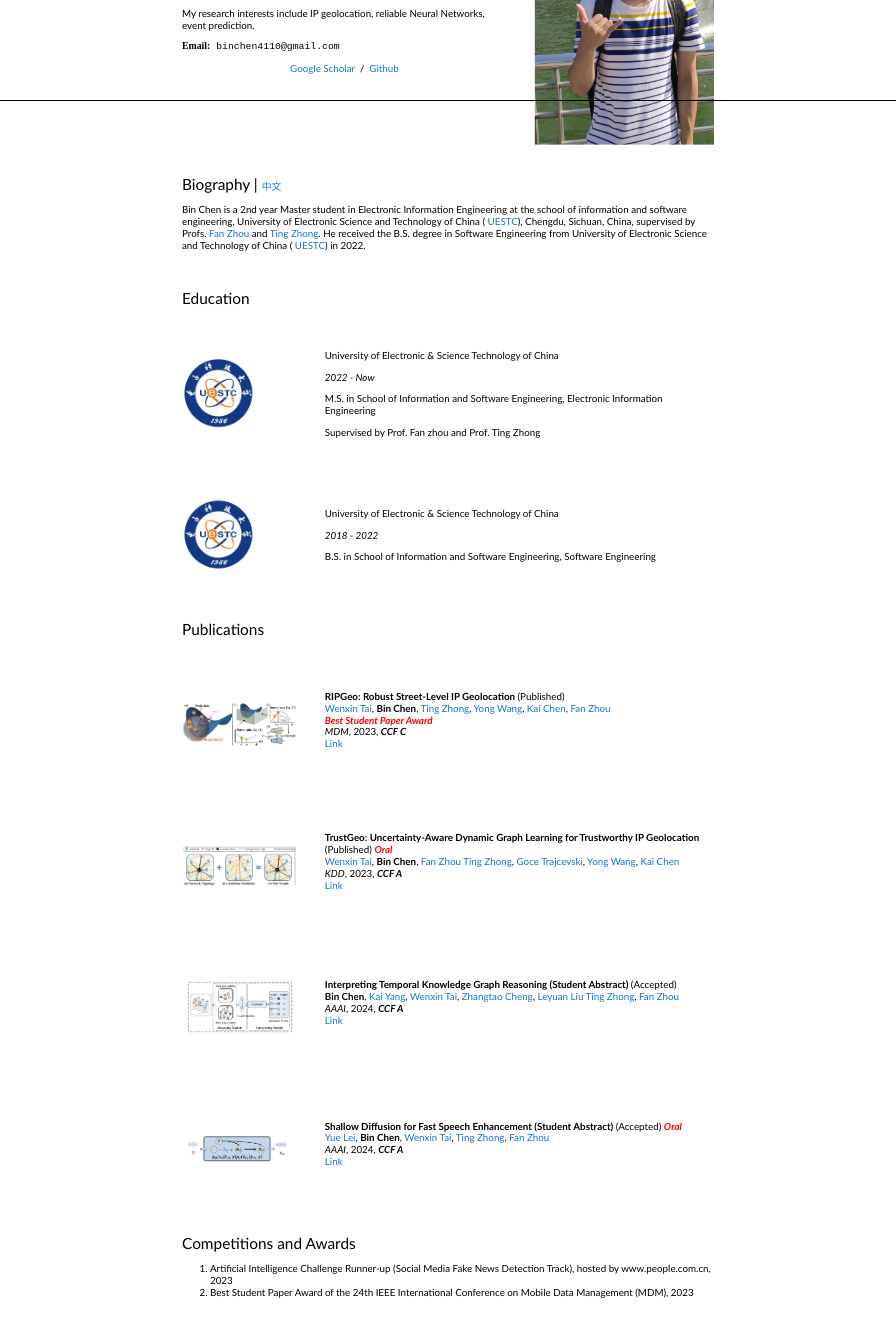
Repository: b1nchen/b1nchen.github.io
Page: index.html
These files come from the project's save history. The page is drawn as it stood at one moment and after a run of saves; the edit follows.
The browser window is 1280 px wide. The pictures show the part of the page from y = 221 to 2121 px (the page is 2489 px tall), at 70% of full size.
A picture or video elsewhere on the page could not be fetched, so the positions and the page height are approximate.

Above is the page before, as saved 2023-12-31 09:34:45.

After the next 3 saves:
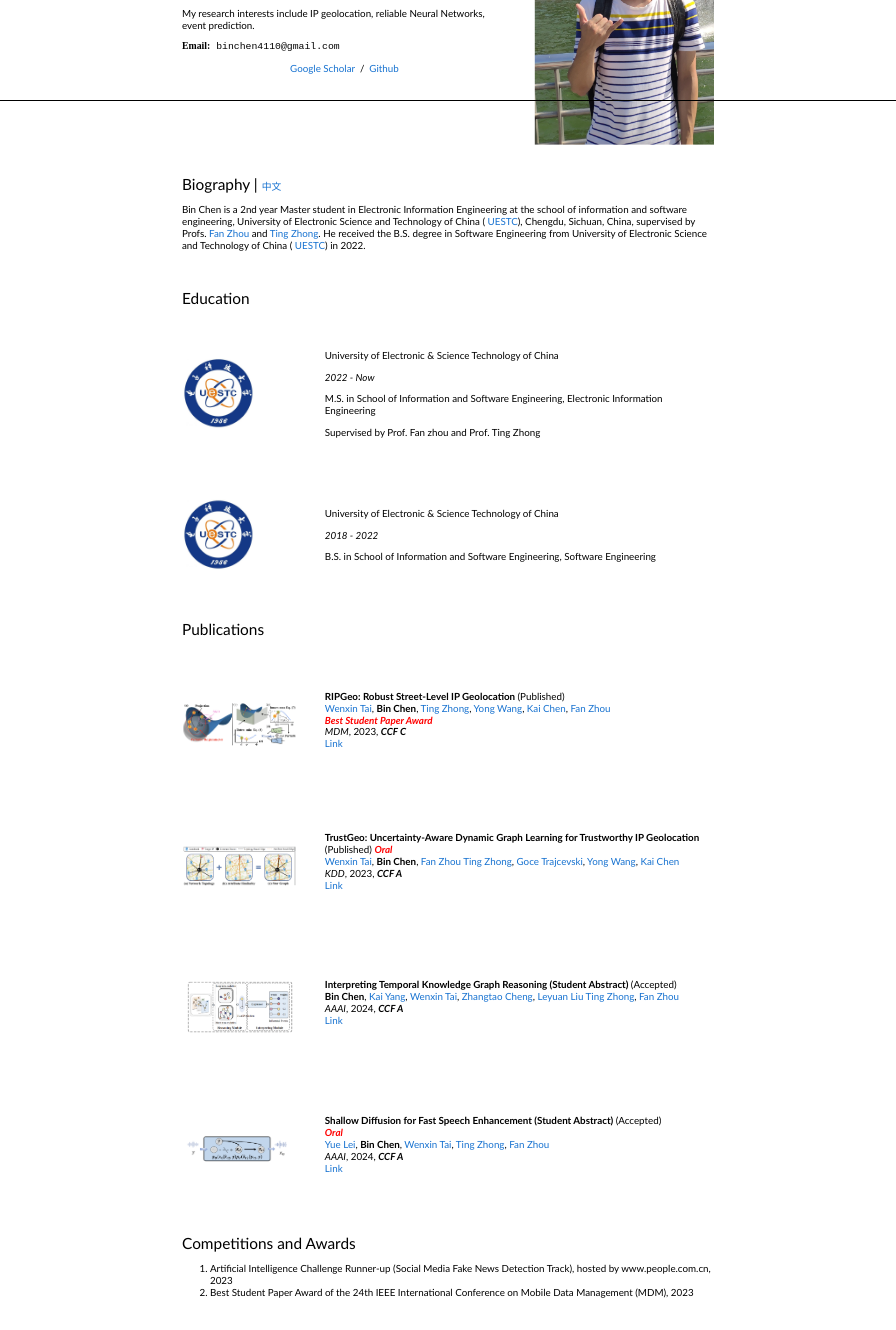
The 3 saves are shown as one change because they came seconds apart.
The last was saved 104 s later.
--- a/index.html
+++ b/index.html
@@ -330,7 +330,7 @@
               </td>
               <td style="padding:20px;width:75%;vertical-align:middle">
 
-                <papertitle>Shallow Diffusion for Fast Speech Enhancement (Student Abstract) </papertitle>(Accepted) <em><b style="color:red">Oral</b></em>
+                <papertitle>Shallow Diffusion for Fast Speech Enhancement (Student Abstract) </papertitle>(Accepted) <br> <em><b style="color:red">Oral</b></em>
 
 
                 <br>

After the save that followed:
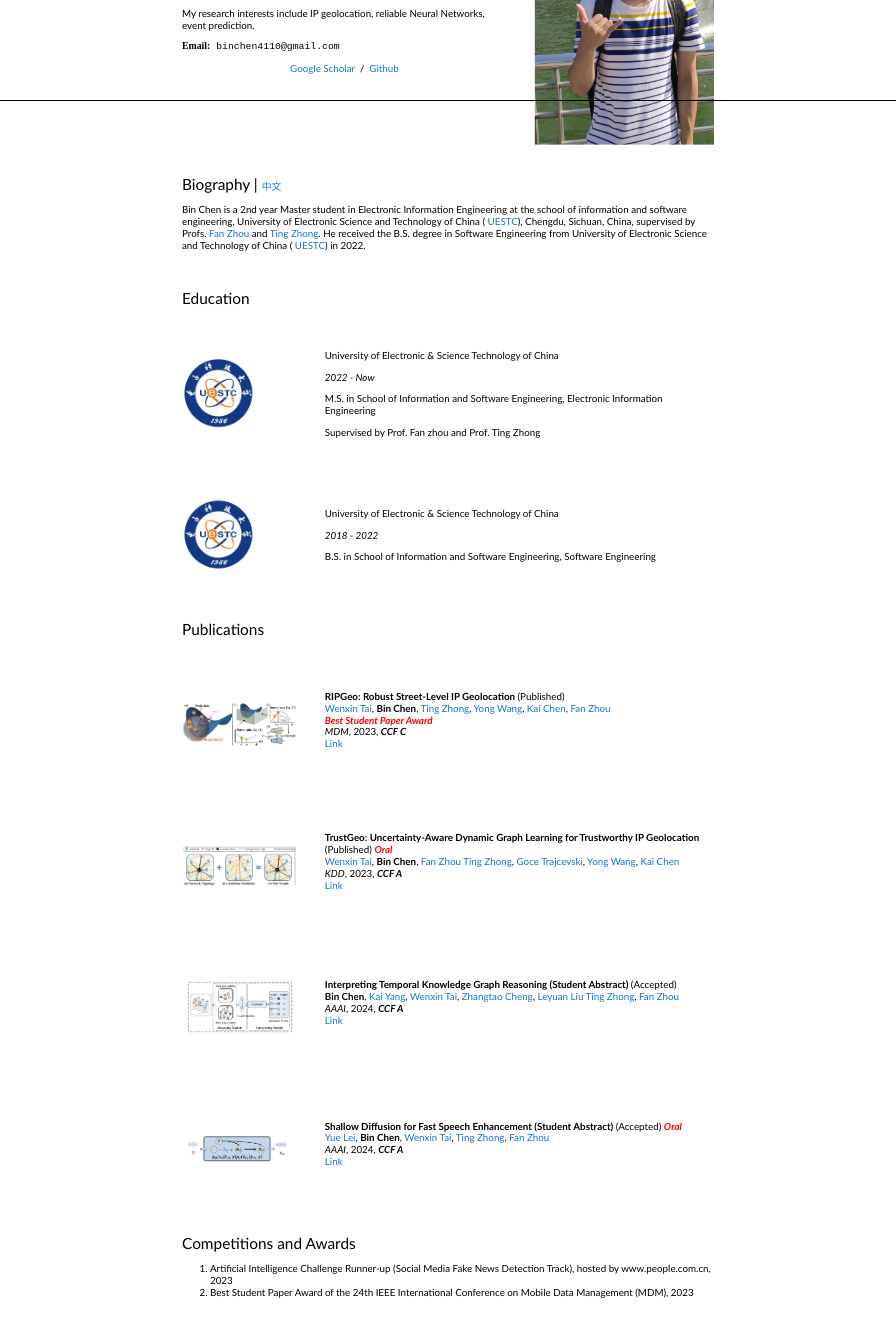
Saved 16 s later.
--- a/index.html
+++ b/index.html
@@ -330,7 +330,7 @@
               </td>
               <td style="padding:20px;width:75%;vertical-align:middle">
 
-                <papertitle>Shallow Diffusion for Fast Speech Enhancement (Student Abstract) </papertitle>(Accepted) <br> <em><b style="color:red">Oral</b></em>
+                <papertitle>Shallow Diffusion for Fast Speech Enhancement (Student Abstract) </papertitle>(Accepted) <em><b style="color:red">Oral</b></em>
 
 
                 <br>
